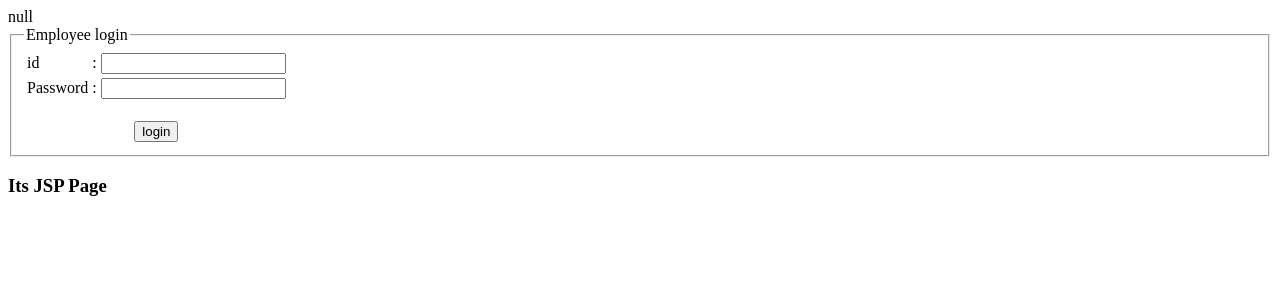
Repository: Ashwini12344/TY_CG_HTD_BangaloreNovember_JFS_AshwiniR
Page: http://localhost/mywebapp/loginForm
An editor plug-in stored every save of this project. The page is shown before and after the next save, followed by the edit.
The browser window is 1280 px wide. The pictures show the whole page.
The page is served by Tomcat 9. Other server files are loaded and not shown.

Above is the page before, as saved 2019-12-17 23:45:41.

### BackEnd/Servlets/mywebapp/src/main/webapp/loginFormJsp.jsp
<%@ page language="java" contentType="text/html; charset=ISO-8859-1"
    pageEncoding="ISO-8859-1"%>
    <%String msg=(String)request.getAttribute("msg"); %>
<!DOCTYPE html PUBLIC "-//W3C//DTD HTML 4.01 Transitional//EN" "http://www.w3.org/TR/html4/loose.dtd">
<html>
<head>
<meta http-equiv="Content-Type" content="text/html; charset=ISO-8859-1">
<title>Insert title here</title>
</head>
<body>
<%=msg %>
<fieldset>
<legend>Employee login</legend>
<form action="./login2" method="post">
<table>
  <tr>
    <td>id</td>
    <td>:</td>
    <td><input type="number" name="empId" required>
  </tr>
  <tr>
  <td>Password</td>
    <td>:</td>
    <td><input type="password" name="password" required>
  </tr>
  <tr>
  <td colspan="3" align="center"><br>
  <input type="submit" value="login"></td>

  </tr>

</table>
</form>
</fieldset>
<h3>Its JSP Page</h3>



</body>
</html>

After the next save:
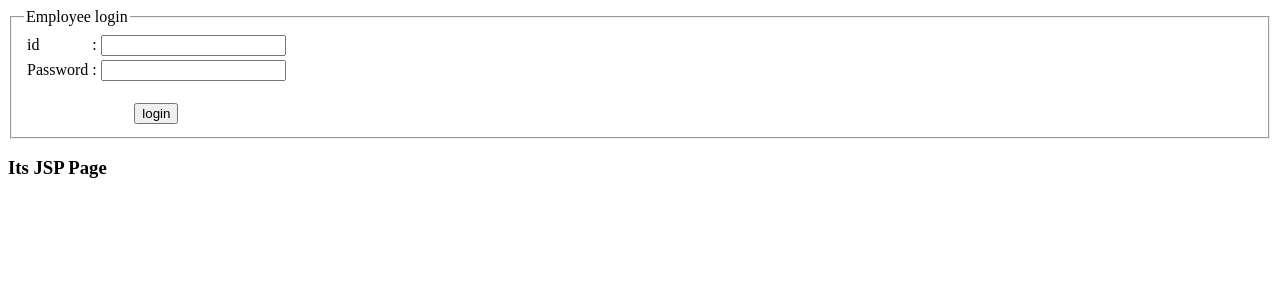
Saved 5 min 44 s later.
--- a/BackEnd/Servlets/mywebapp/src/main/webapp/loginFormJsp.jsp
+++ b/BackEnd/Servlets/mywebapp/src/main/webapp/loginFormJsp.jsp
@@ -8,7 +8,9 @@
 <title>Insert title here</title>
 </head>
 <body>
+<%if(msg!=null && !msg.isEmpty()){ %>
 <%=msg %>
+<% }  %>
 <fieldset>
 <legend>Employee login</legend>
 <form action="./login2" method="post">
